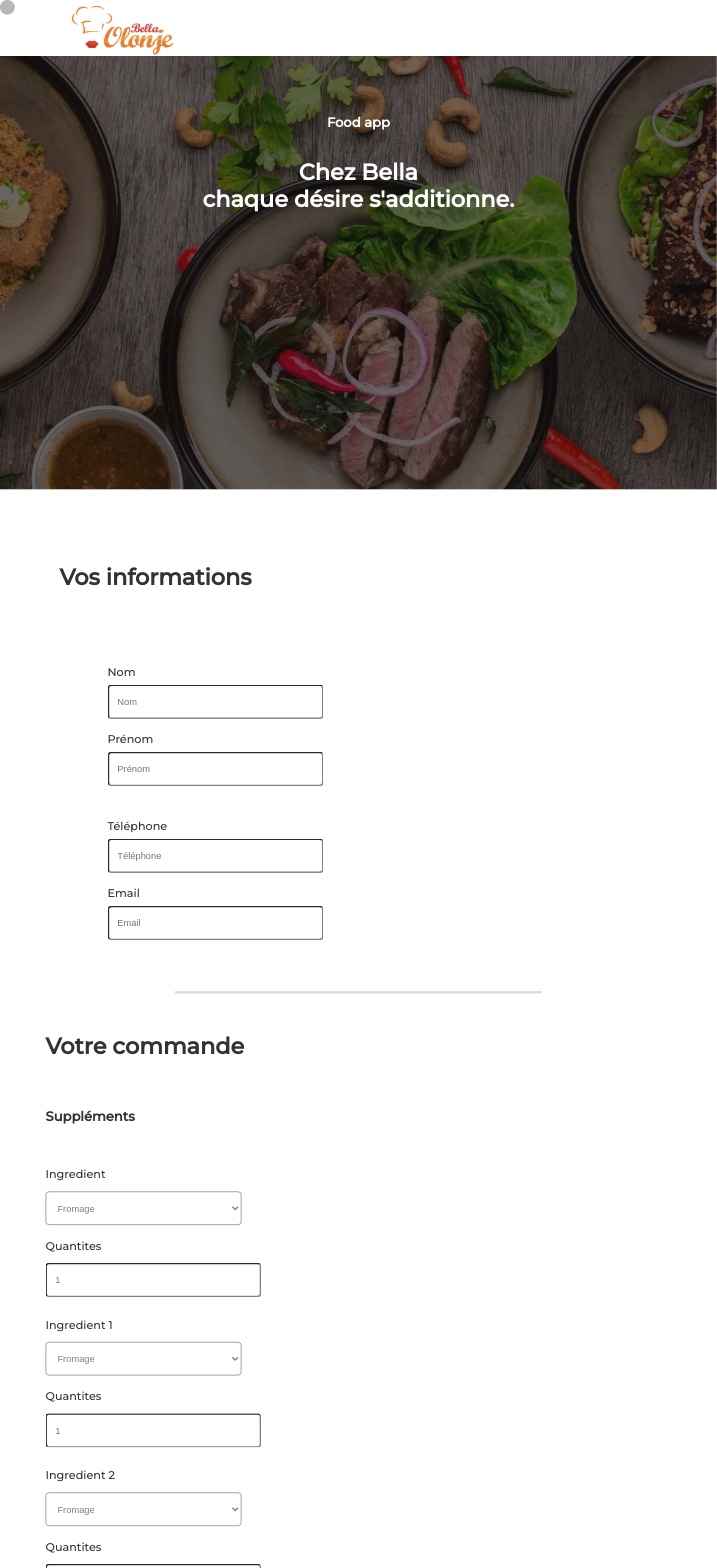
Repository: Ahlam-belhadj/bella-olange
Page: index2.html
An editor plug-in stored every save of this project. The page is shown before and after the next save, followed by the edit.
The browser window is 1024 px wide. The pictures show the part of the page from y = 0 to 2240 px (the page is 4501 px tall), at 70% of full size.

Above is the page before, as saved 2023-02-14 14:25:31.

After the next save:
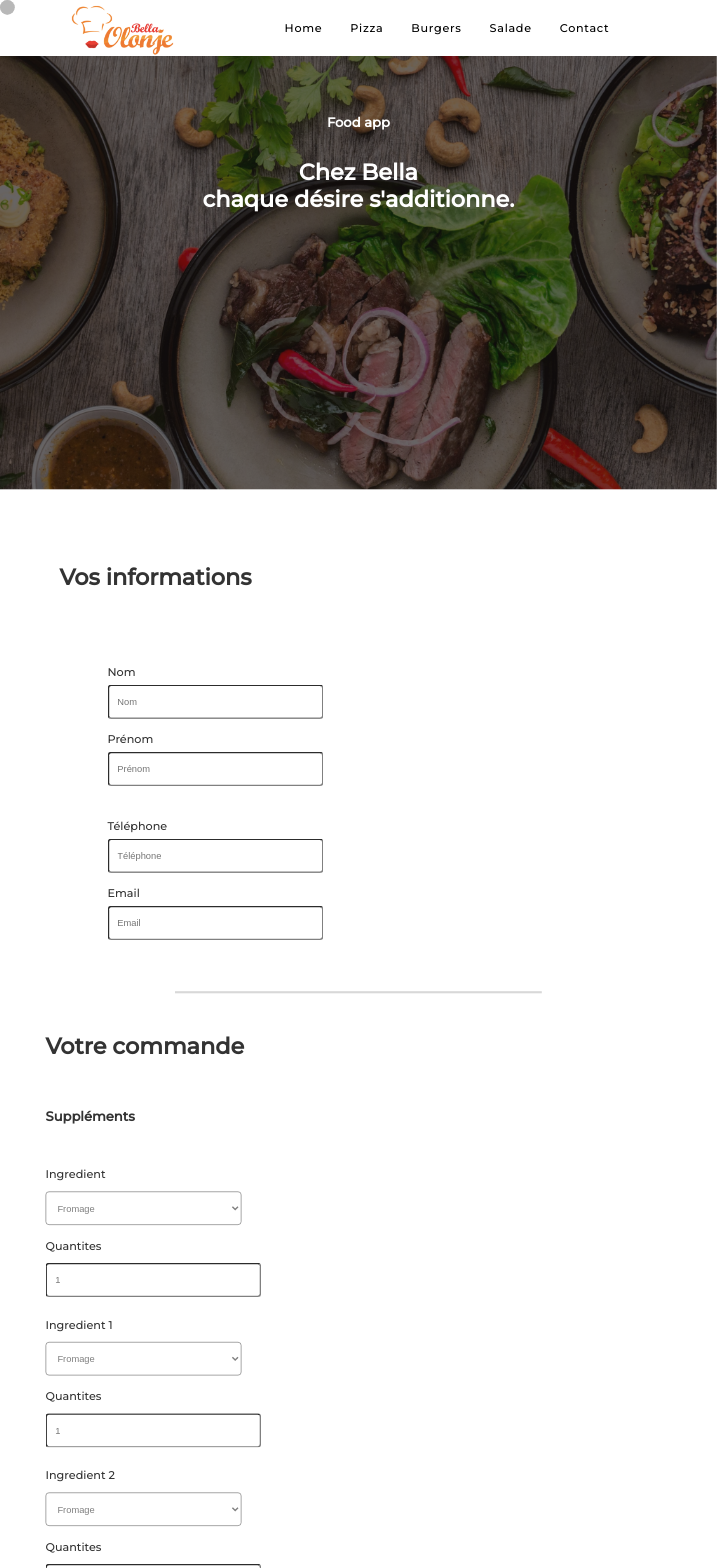
Saved 86 s later.
--- a/style2.css
+++ b/style2.css
@@ -83,7 +83,7 @@
     }
   }
 
-  @media (max-width: 1250px) {
+  /* @media (max-width: 1250px) {
     nav .menu-btn i {
       display: block;
     }
@@ -129,7 +129,7 @@
       background: none;
       color: #1E1E1E;
     }
-  }
+  } */
 .title {
   background-image: url(image/Rectangle\ 48.png);
   height: 619px;

After the 2 saves that followed:
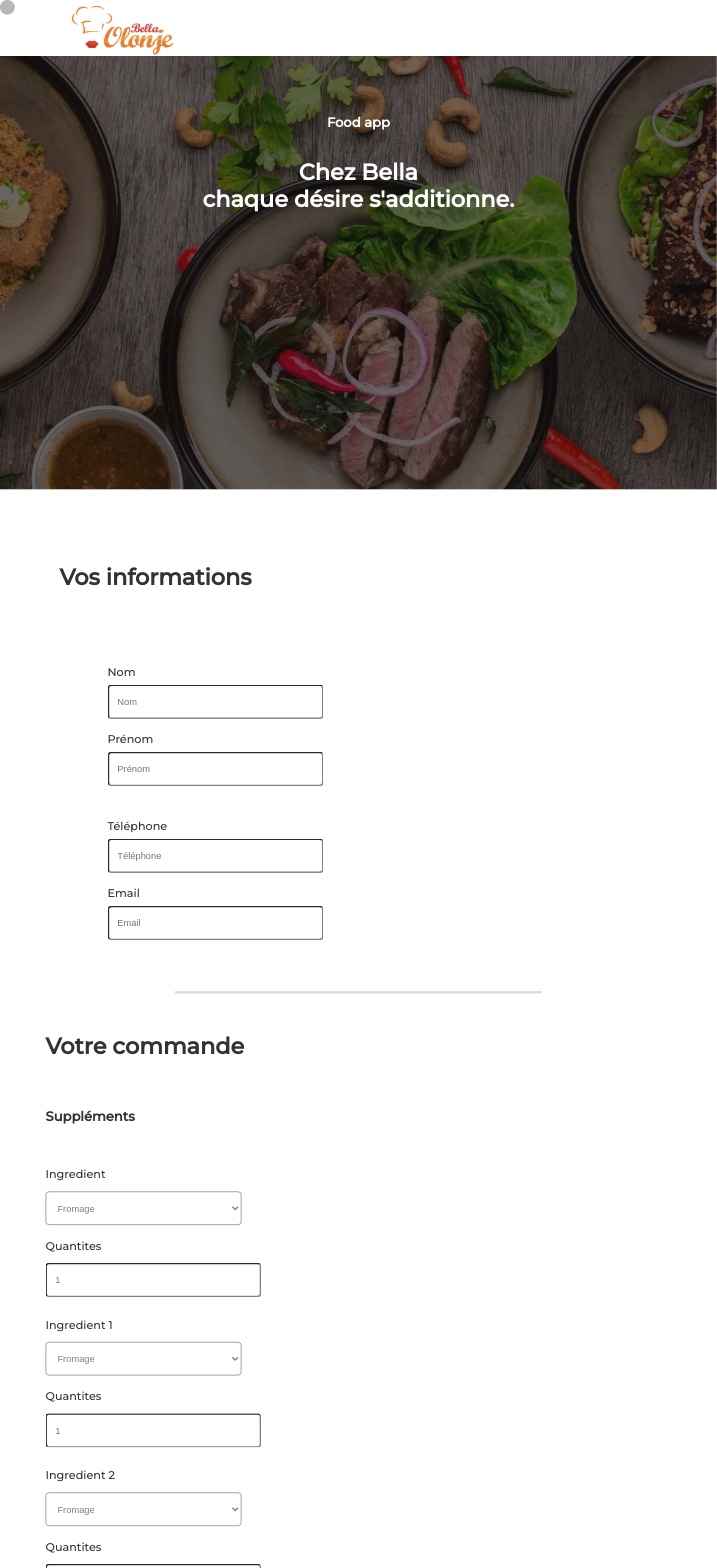
The 2 saves are shown as one change because they came seconds apart.
The last was saved 4 min 47 s later.
--- a/style2.css
+++ b/style2.css
@@ -83,7 +83,7 @@
     }
   }
 
-  /* @media (max-width: 1250px) {
+ @media (max-width: 1250px) {
     nav .menu-btn i {
       display: block;
     }
@@ -129,7 +129,7 @@
       background: none;
       color: #1E1E1E;
     }
-  } */
+  }
 .title {
   background-image: url(image/Rectangle\ 48.png);
   height: 619px;
